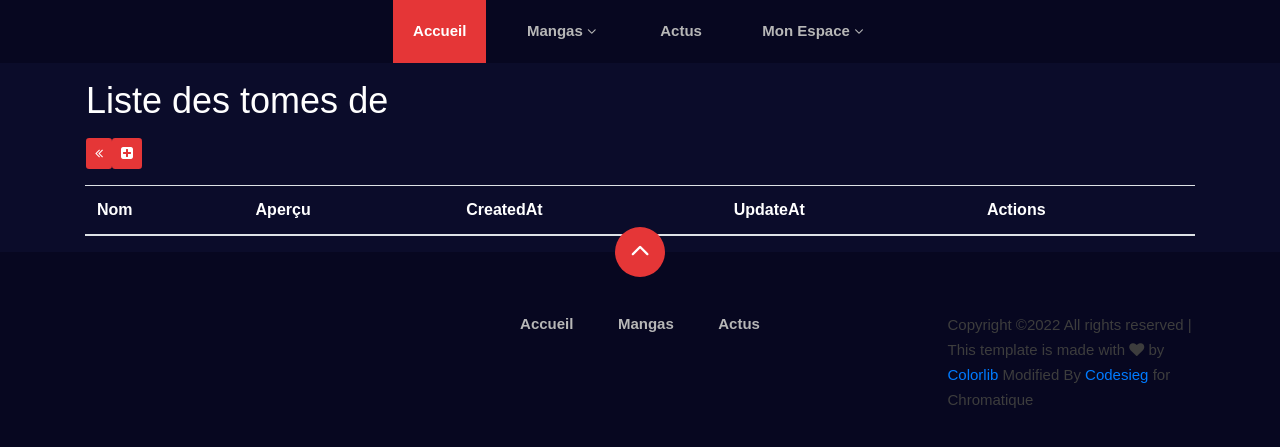
Repository: Codesieg/Chromatique
Page: chromatique/resources/views/admin/tomes/detail.blade.php
The author's editor kept a copy of each file at every save. The page is drawn from the files as they stood at one save, then again after the next save.
The browser window is 1280 px wide. The pictures show the whole page.
Some web fonts or font styles are not loaded; a fallback is used. The page is served by the project's Laravel application, run on PHP 8.4 with Laravel 8. The template is opened directly, without the code that normally fills it, so the values that code supplies are empty.

Above is the page before, as saved 2022-04-03 16:58:09.

After the next save:
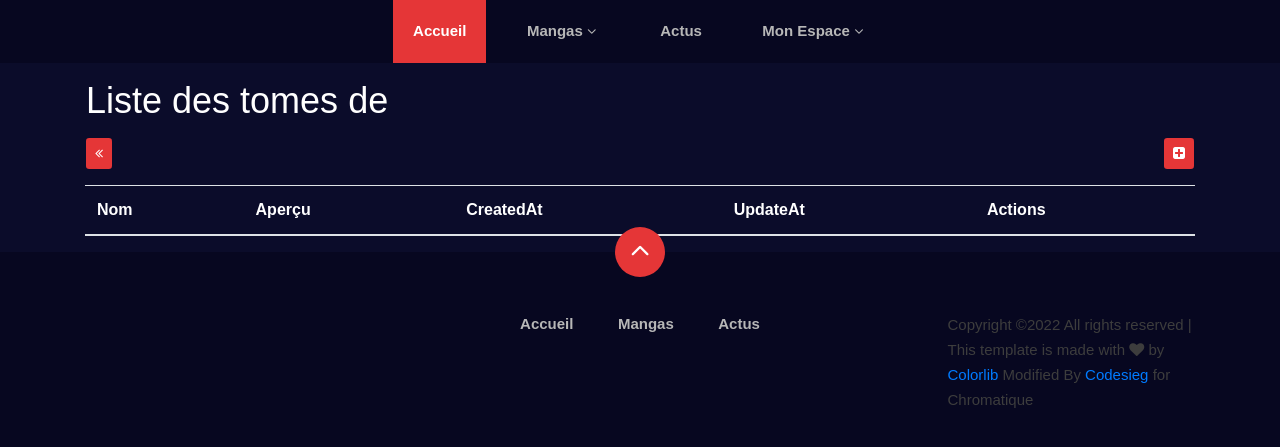
Saved 42 s later.
--- a/chromatique/resources/views/admin/tomes/detail.blade.php
+++ b/chromatique/resources/views/admin/tomes/detail.blade.php
@@ -4,7 +4,7 @@
 
 <div class="container">
     <h2 class="white m-3">Liste des tomes de {{$mangaName->manga_name}}</h2>
-    <div class="d-flex justify-content-space-between mb-3 px-3">
+    <div class="d-flex justify-content-between mb-3 px-3">
             <button type="button" class="btn btn-orange btn-sm white"><a href=""><i class="fa fa-angle-double-left white"></i></a></button>
             <button type="button" class="btn btn-orange btn-sm white"><a href="{{route('admin_form_tome', ['id' => $mangaName->id]) }}"><i class="fa fa-plus-square white"></i></a></button>
     </div>
